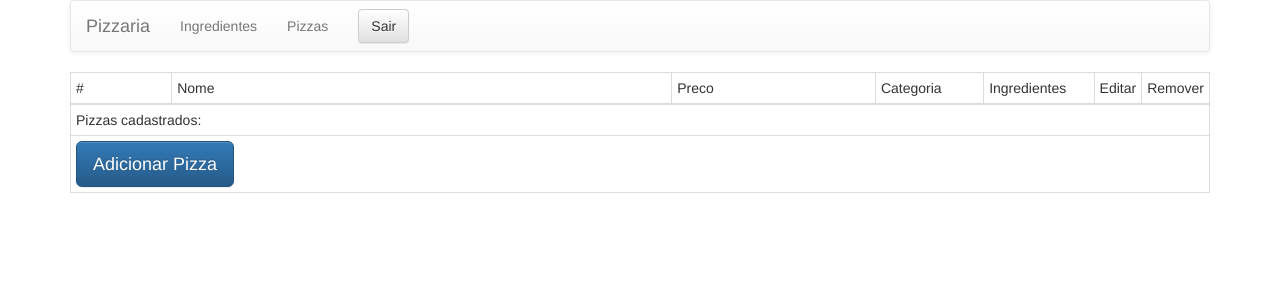
Repository: Lipe16/projeto-pizzaria-springMVC
Page: http://localhost/pizzaria/WEB-INF/pizza/listagem.jsp
The author's editor kept a copy of each file at every save. The page is drawn from the files as they stood at one save, then again after the next save.
The browser window is 1280 px wide. The pictures show the whole page.
The page is served by Tomcat 9. Nobody is signed in. Other server files are loaded and not shown. The template is opened directly, without the code that normally fills it, so the values that code supplies are empty.

Above is the page before, as saved 2017-06-29 11:45:17.

### pizzaria/src/main/webapp/WEB-INF/pizza/listagem.jsp
<!--
BIBLIOTECAS
C - JSTL (PRA AJUDAR A IMPLEMENTAR CÓDIGO JAVA  EM FORMA HTML)
FMT - JSTL DE FORMATAÇÃO
SPRING - SPRING
FORM - FORMULARIOS SPRING
 -->
<%@ page language="java" contentType="text/html; charset=UTF-8" pageEncoding="UTF-8"%>
<%@ taglib prefix="c" uri="http://java.sun.com/jsp/jstl/core"%>
<%@ taglib prefix="fmt" uri="http://java.sun.com/jsp/jstl/fmt"%>
<%@ taglib prefix="spring" uri="http://www.springframework.org/tags"%>
<%@ taglib prefix="form" uri="http://www.springframework.org/tags/form"%>

<!DOCTYPE html PUBLIC "-//W3C//DTD HTML 4.01 Transitional//EN" "http://www.w3.org/TR/html4/loose.dtd">
<html>
<head>
<meta http-equiv="Content-Type" content="text/html; charset=UTF-8">
<title>${titulo}</title>
		<c:set var="path" value="${pageContext.request.contextPath}" scope="request"/>
		<style type="text/css">
			@IMPORT url("${path}/static/bootstrap/css/bootstrap.min.css");
			@IMPORT url("${path}/static/bootstrap/css/bootstrap-theme.min.css");
		</style>
		<script type="text/javascript" src="${path}/static/jquary/jquery-3.2.1.min.js"></script>
		<script type="text/javascript" src="${path}/static/jquary/pizzas.js"></script>
		<script type="text/javascript" src="${path}/static/bootstrap/js/bootstrap.min.js"></script>

</head>
<body>
<c:if test="${not empty mensagemErro}">
	<div class="container">
		<div class="alert alert-danger">${mensagemErro}</div>
	</div>
</c:if>
<c:if test="${not empty mensagemInfo}">
	<div class="container">
		<div class="alert alert-info">${mensagemInfo}</div>
	</div>
</c:if>
	<jsp:include page="../menu.jsp" />
	<section id="secao-pizzas" class="container">
		<jsp:include page="tabela-pizza.jsp" />
	</section>


 	<jsp:include page="modal-pizza.jsp" />
</body>
</html>

### pizzaria/src/main/webapp/WEB-INF/menu.jsp
<!--
BIBLIOTECAS
C - JSTL (PRA AJUDAR A IMPLEMENTAR CÓDIGO JAVA  EM FORMA HTML)
FMT - JSTL DE FORMATAÇÃO
SPRING - SPRING
FORM - FORMULARIOS SPRING
 -->

<%@ page language="java" contentType="text/html; charset=UTF-8" pageEncoding="UTF-8"%>
<%@ taglib prefix="c" uri="http://java.sun.com/jsp/jstl/core"%>
<%@ taglib prefix="fmt" uri="http://java.sun.com/jsp/jstl/fmt"%>
<%@ taglib prefix="spring" uri="http://www.springframework.org/tags"%>
<%@ taglib prefix="form" uri="http://www.springframework.org/tags/form"%>
<meta http-equiv="Content-Type" content="text/html; charset=UTF-8">
<head>
<title>Login</title>
		<!-- variavel criada com jstl-->
		<c:set var="path" value="${pageContext.request.contextPath}" scope="request"/>

		<style type="text/css">
			@IMPORT url("${path}/static/bootstrap/css/bootstrap.min.css");
			@IMPORT url("${path}/static/bootstrap/css/bootstrap-theme.min.css");
			#login{
				width: 400px;
				margin:0 auto;
				margint-top: 100px;
			}
		</style>
		<script type="text/javascript" src="${path}/static/jquary/jquery-3.2.1.min.js"></script>
		<script type="text/javascript" src="${path}/static/bootstrap/js/bootstrap.min.js"></script>

</head>
<body>

<div class="container">
<nav class="navbar navbar-default">

  <div >
    <!-- Brand and toggle get grouped for better mobile display -->
    <div class="navbar-header">
      <button type="button" class="navbar-toggle collapsed" data-toggle="collapse" data-target="#bs-example-navbar-collapse-1" aria-expanded="false">
        <span class="sr-only">Toggle navigation</span>
        <span class="icon-bar"></span>
        <span class="icon-bar"></span>
        <span class="icon-bar"></span>
      </button>
      <a class="navbar-brand" href="#">Pizzaria</a>
    </div>

    <!-- Collect the nav links, forms, and other content for toggling -->
    <div class="collapse navbar-collapse" id="bs-example-navbar-collapse-1">
	      <ul class="nav navbar-nav">
	     	    <li><a href="ingredientes.jsp">Ingredientes</a></li>
	            <li><a href="pizzas.jsp">Pizzas</a></li>
	      </ul>
	    <form method="post" action="${path}/sair" class="navbar-form navbar-left" >
	    		 <div class="form-group">
	        		<button type="submit" class="btn btn-default">Sair</button>
	        		<input type="hidden" name="_csrf" value="${_csrf.token}">
	        	</div>
	      </form>

    </div><!-- /.navbar-collapse -->
  </div><!-- /.container-fluid -->

</nav>
 </div>
</body>
</html>

### pizzaria/src/main/webapp/WEB-INF/pizza/tabela-pizza.jsp
<!--
BIBLIOTECAS
C - JSTL (PRA AJUDAR A IMPLEMENTAR CÓDIGO JAVA  EM FORMA HTML)
FMT - JSTL DE FORMATAÇÃO
SPRING - SPRING
FORM - FORMULARIOS SPRING
 -->
<%@ page language="java" contentType="text/html; charset=UTF-8" pageEncoding="UTF-8"%>
<%@ taglib prefix="c" uri="http://java.sun.com/jsp/jstl/core"%>
<%@ taglib prefix="fmt" uri="http://java.sun.com/jsp/jstl/fmt"%>
<%@ taglib prefix="spring" uri="http://www.springframework.org/tags"%>
<%@ taglib prefix="form" uri="http://www.springframework.org/tags/form"%>

<fmt:setLocale value="pt_BR"/>
<table class="table table-hover table-condensed table-striped table-bordered">
	<thead>
		<tr>
			<td style="width: 10%">#</td>
			<td style="width: 50%">Nome</td>
			<td style="width: 20%">Preco</td>
			<td style="width: 10%">Categoria</td>
			<td style="width: 10%">Ingredientes</td>
			<td style="width: 10%">Editar</td>
			<td style="width: 10%">Remover</td>
		</tr>
	</thead>
	<tbody>
		<c:forEach items="${pizzas}" var="pizza">
			<tr data-id="${pizza.id}">
				<td>${pizza.id}</td>
				<td>${pizza.nome}</td>

				<td>

					<fmt:formatNumber value="${pizza.preco}" type="currency"/>
				</td>

				<td>${pizza.categoria}</td>

				<td>
					<c:forEach items="${pizza.ingredientes}" var="ingrediente">
						${ingrediente.nome}</br />
					</c:forEach>
				</td>


				<td><button type="button" class="btn btn-warning btn-editar">Editar</button></td>
				<td><button type="button" class="btn-deletar btn btn-danger ">Deletar</button> </td>

			</tr>
		</c:forEach>
	</tbody>
	<tfoot>
		<tr>
			<td colspan="7">Pizzas cadastrados: <span id="quantidade-ingredientes">${pizzas.size()}</span></td>
		</tr>
				<tr>
			<td colspan="7">
				<button type="button" class="btn btn-primary btn-lg" data-toggle="modal" data-target="#modal-pizza">
				  Adicionar Pizza
				</button>
		</td>
		</tr>
	</tfoot>
</table>

### pizzaria/src/main/webapp/WEB-INF/pizza/modal-pizza.jsp
<!--
BIBLIOTECAS
C - JSTL (PRA AJUDAR A IMPLEMENTAR CÓDIGO JAVA  EM FORMA HTML)
FMT - JSTL DE FORMATAÇÃO
SPRING - SPRING
FORM - FORMULARIOS SPRING
 -->
<%@ page language="java" contentType="text/html; charset=UTF-8" pageEncoding="UTF-8"%>
<%@ taglib prefix="c" uri="http://java.sun.com/jsp/jstl/core"%>
<%@ taglib prefix="fmt" uri="http://java.sun.com/jsp/jstl/fmt"%>
<%@ taglib prefix="spring" uri="http://www.springframework.org/tags"%>
<%@ taglib prefix="form" uri="http://www.springframework.org/tags/form"%>

<!-- Modal -->
<div class="modal fade" id="modal-pizza" tabindex="-1" role="dialog" aria-labelledby="myModalLabel">
  <div class="modal-dialog" role="document">
    <div class="modal-content">
    	<form id="form-pizza" >
		      <div class="modal-header">
		        <button type="button" class="close" data-dismiss="modal" aria-label="Close"><span aria-hidden="true">&times;</span></button>
		        <h4 class="modal-title" id="myModalLabel">Informações da Pizza</h4>
		      </div>
		      <div class="modal-body">

		      		<input type="hidden" id="id" name="id" value="0"/>

			        <label for="nome">Nome: </label>
					<input id="nome" name="nome" class="form-control">


					<label for="preco">Preco: </label>
					<input id="preco" name="preco" class="form-control">

					<label for="categoria">Categoria: </label>
					<select id="categoria" name="categoria" class="form-control">
						<c:forEach items="${categorias}" var="categoria">
							<option value="${categoria}">${categoria}</option>
						</c:forEach>
					</select>

					<label for="ingredientes">Ingredientes: </label>
					<select id="ingredientes" name="ingredientes" class="form-control" multiple="multiple">
						<c:forEach items="${ingredientes}" var="ingrediente">
							<option value="${ingrediente.id}">${ingrediente.nome}</option>
						</c:forEach>
					</select>



		      </div>
		      <div class="modal-footer">
		        <button type="button" class="btn btn-default" data-dismiss="modal">Close</button>
		        <button id="btn-salvar" type="button" class="btn btn-primary">Save</button>
		      </div>
     	</form>
    </div>
  </div>
</div>

### pizzaria/src/main/webapp/static/jquary/pizzas.js
/**
 *
 */
$(document).ready(function(){

	aplicarListners();
	 aplicarListnerSalvar();



});

var limparModal = function(){
	$('#id').val('');
	$('#nome').val('');
	$('#preco').val('');
	$('#categoria').val('');
	$('#ingredientes option').attr('selected', false);
};

var aplicarListnerSalvar = function(){
		//--------------------------------------
		$('#btn-salvar').on('click', function(){

			var url = 'pizzas';
			var dadosPizza = $('#form-pizza').serialize();

			$.post(url, dadosPizza)
				.done(function(pagina){

					$('#secao-pizzas').html(pagina);
					aplicarListners();
				})
				.fail(function(){
					alert('Erro ao salvar!');

				})
				.always(function(){
					$('#modal-pizza').modal('hide');
				});
		});
}



var aplicarListners = function(){

	$('#modal-pizza').on('hide.bs.modal', limparModal);


	//-----------------------------------
	$('.btn-deletar').on('click', function(){


		var id = $(this).parents('tr').data('id');

		var ingredientes = $('#quantidade-pizzas').text();

	    $.ajax({
	    	        url: "pizzas/"+id,
	    	        type: "DELETE",

	    	        success: function(result){
	    	            $('tr[data-id="'+id+'"]').remove();
	    	            $('#quantidade-ingredientes').text(ingredientes - 1);
	    	        }
	    	    })


	});



	//------------------------------------
	$('.btn-editar').on('click', function(){

		var id = $(this).parents('tr').data('id');
		var url = 'pizzas/'+id;

		$.get(url)
		.done(function(pizza){//pega um objeto json que a pagina contem

			$('#id').val(pizza.id);
			$('#nome').val(pizza.nome);
			$('#preco').val(pizza.preco);
			$('#categoria').val(pizza.categoria);


			pizza.ingredientes.forEach(function(ingrediente){
				var id = ingrediente.id;
				// seleciona as opções de forma bruta
				$('#ingredientes option[value='+id+']').attr('selected', true);
			});


			$('#modal-pizza').modal('show');

	    });


	});

}

Loaded but not shown: pizzaria/src/main/webapp/static/bootstrap/css/bootstrap.min.css (library); pizzaria/src/main/webapp/static/bootstrap/css/bootstrap-theme.min.css (library); pizzaria/src/main/webapp/static/jquary/jquery-3.2.1.min.js (library); pizzaria/src/main/webapp/static/bootstrap/js/bootstrap.min.js (library)

After the next save:
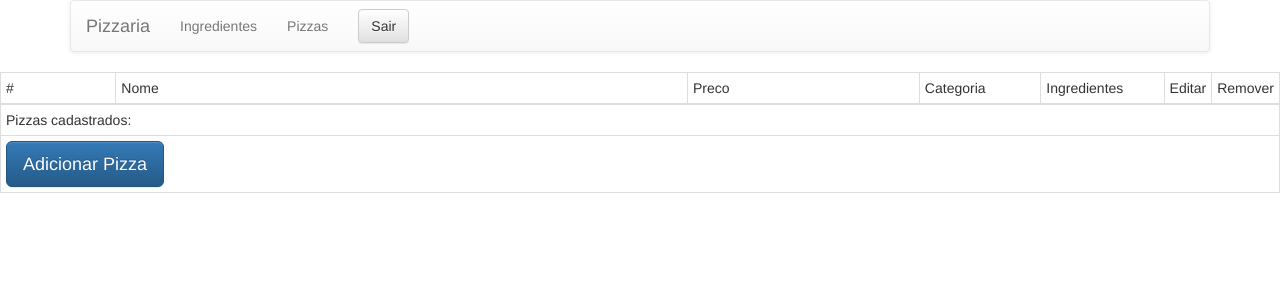
Saved 3 min 33 s later.
--- a/pizzaria/src/main/webapp/WEB-INF/pizza/listagem.jsp
+++ b/pizzaria/src/main/webapp/WEB-INF/pizza/listagem.jsp
@@ -38,7 +38,7 @@ FORM - FORMULARIOS SPRING
 	</div>
 </c:if>
 	<jsp:include page="../menu.jsp" />
-	<section id="secao-pizzas" class="container">
+	<section id="secao-pizzas">
 		<jsp:include page="tabela-pizza.jsp" />
 	</section>
 
